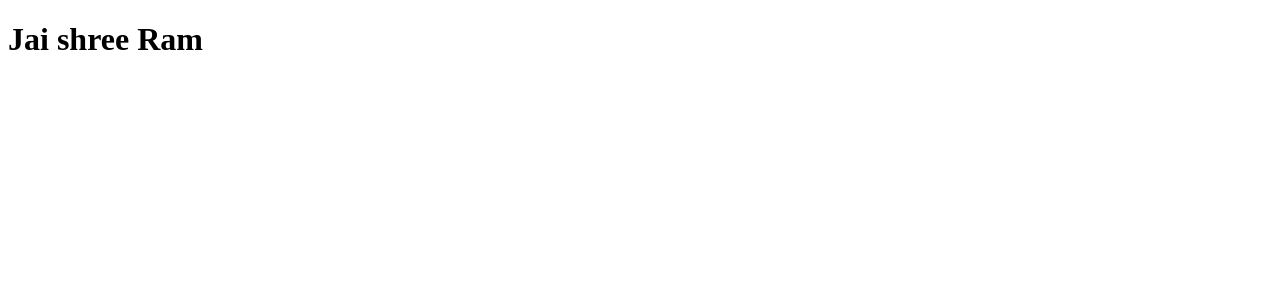
Repository: kartik-sharma17/Weather_app_Java
Page: http://localhost/WEATHER_BACK_END/
An editor plug-in stored every save of this project. The page is shown before and after the next save, followed by the edit.
The browser window is 1280 px wide. The pictures show the whole page.
The page is served by Tomcat 10.

Above is the page before, as saved 2024-09-23 04:01:42.

After the next save:
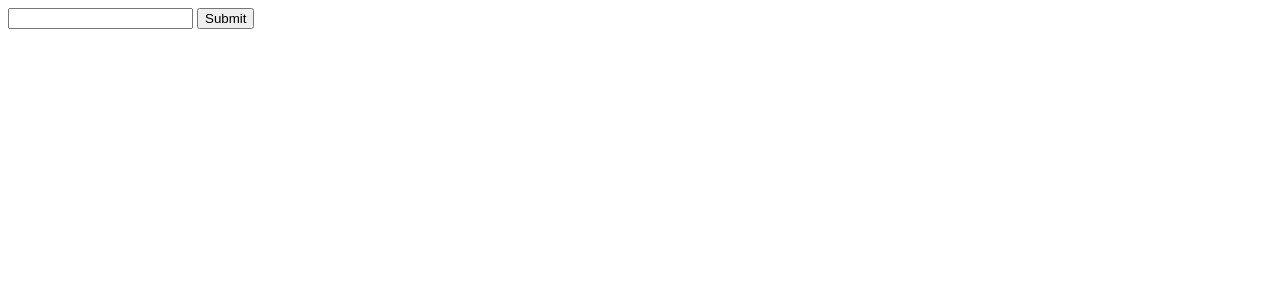
Saved 40 s later.
--- a/BACK_END/WEATHER_BACK_END/src/main/webapp/index.jsp
+++ b/BACK_END/WEATHER_BACK_END/src/main/webapp/index.jsp
@@ -7,6 +7,9 @@
 <title>Weather App</title>
 </head>
 <body>
-	<h1>Jai shree Ram</h1>
+	<form>
+		<input type="text" >
+		<button>Submit</button>
+	</form>
 </body>
 </html>
